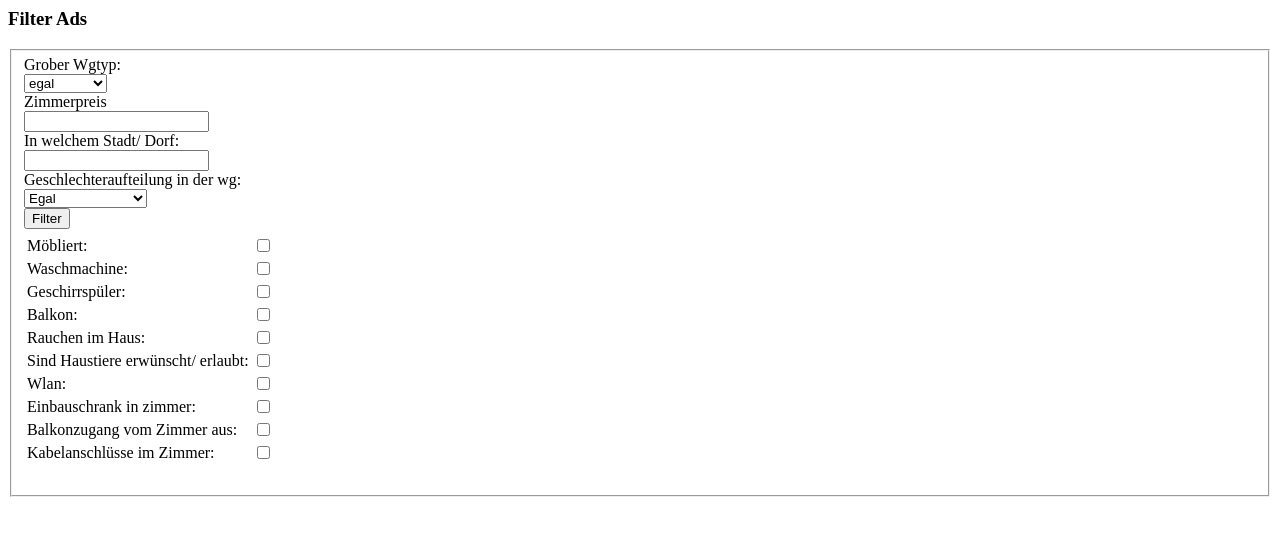
Repository: ese-unibe-ch/ese2014-team2
Page: http://localhost/Skeleton/pages/template/filter.jsp
An editor plug-in stored every save of this project. The page is shown before and after the next save, followed by the edit.
The browser window is 1280 px wide. The pictures show the whole page.
The page is served by Tomcat 9. Nobody is signed in. The application's start-up code is not run. Other server files are loaded and not shown. The template is opened directly, without the code that normally fills it, so the values that code supplies are empty.

Above is the page before, as saved 2014-10-30 16:40:37.

### Skeleton/src/main/webapp/pages/template/filter.jsp
<%@ page language="java" pageEncoding="UTF-8" contentType="text/html;charset=utf-8" %>
<%@ taglib prefix="c" uri="http://java.sun.com/jsp/jstl/core" %>
<%@ taglib prefix="form" uri="http://www.springframework.org/tags/form" %>
<%@ taglib prefix="spring" uri="http://www.springframework.org/tags" %>

<div class="main">
	<div class="col-sm-12">
    	<div class="panel panel-default">
        	<div class="panel-heading">
            	<h3 class="panel-title">Filter Ads</h3>
            </div>
            <div class="panel-body">
              <form:form method="post" modelAttribute="filterForm" action="filterAds" id="filterForm" cssClass="form-horizontal" autocomplete="off" enctype="multipart/form-data">
		<fieldset>
			<table>
				<tr>
					<td></td>
					<td></td>
				</tr>

				<tr>
					<td>
						<label class="control-label" for="field-furnished">Möbliert:</label>
					</td>
					<td><div class="controls">
							<form:checkbox	path="furnished" id="field-furnished" tabindex="1" />
						</div>
					</td>
				</tr>

				<tr>
					<td>
						<label class="control-label" for="field-Laundry">Waschmachine:</label>
					</td>
					<td>
						<div class="controls">
							<form:checkbox	path="hasLaundry" id="field-Laundry" tabindex="2" />
						</div>
					</td>
				</tr>

				<tr>
					<td>
						<label class="control-label" for="field-Dishwasher">Geschirrspüler:</label>
					</td>
					<td>
						<div class="controls">
							<form:checkbox	path="hasDishwasher" id="field-Dishwasher" tabindex="3" />
						</div>
					</td>
				</tr>

				<tr>
					<td>
						<label class="control-label" for="field-Balcony">Balkon:</label>
					</td>
					<td>
						<div class="controls">
							<form:checkbox	path="hasBalcony" id="field-Balcony" tabindex="4" />
						</div>
					</td>
				</tr>

				<tr>
					<td>
						<label class="control-label" for="field-smokingInside">Rauchen im Haus:</label>
					</td>
					<td>
						<div class="controls">
							<form:checkbox	path="smokingInside" id="field-smokingInside" tabindex="5" />
						</div>
					</td>
				</tr>

				<tr>
					<td>
						<label class="control-label" for="field-pets">Sind Haustiere erwünscht/ erlaubt:</label>
					</td>
					<td>
						<div class="controls">
							<form:checkbox	path="hasPets" id="field-pets" tabindex="6" />
						</div>
					</td>
				</tr>

				<tr>
					<td>
						<label class="control-label" for="field-wlan">Wlan:</label>
					</td>
					<td>
						<div class="controls">
							<form:checkbox	path="wlan" id="field-wlan" tabindex="7" />
						</div>
					</td>
				</tr>

				<tr>
					<td>
						<label class="control-label" for="field-closet">Einbauschrank in zimmer:</label>
					</td>
					<td>
						<div class="controls">
							<form:checkbox	path="hasBuiltInCloset" id="field-closet" tabindex="8" />
						</div>
					</td>
				</tr>

				<tr>
					<td>
						<label class="control-label" for="field-isToBalcony">Balkonzugang vom Zimmer aus:</label>
					</td>
					<td>
						<div class="controls">
							<form:checkbox	path="toBalcony" id="field-isToBalcony" tabindex="9" />
						</div>
					</td>
				</tr>

				<tr>
					<td>
						<label class="control-label" for="field-Cables">Kabelanschlüsse im Zimmer:</label>
					</td>
					<td>
						<div class="controls">
							<form:checkbox	path="hasCables" id="field-Cables" tabindex="10" />
						</div>
					</td>
				</tr>

				<tr>
					<td></td>
					<td></td>
				</tr>

				<tr>
					<td></td>
					<td></td>
				</tr>

				<tr>
					<td></td>
					<td></td>
				</tr>

				<tr>
					<td></td>
					<td></td>
				</tr>

				<tr>
					<td></td>
					<td></td>
				</tr>









						<label class="control-label" for="field-wgType">Grober Wgtyp:</label>
						<div class="controls">
							<form:select path="wgType" id="field-wgType"
								tabindex="7">
								<option value="undef">egal</option>
								<option value="wild">eher wild</option>
								<option value="calm">eher ruhig</option>


							</form:select>
						</div>


						<label class="control-label" for="field-roomPrice">Zimmerpreis</label>
						<div class="controls">
						<form:input path="roomPrice" id="field-roomPrice" tabindex="11"
					maxlength="10" />
					 	</div>



						<label class="control-label" for="field-city">In welchem Stadt/ Dorf:</label>
						<div class="controls">
						<form:input path="city" id="field-city" tabindex="12"
					maxlength="10" />
						</div>

						<label class="control-label" for="field-wgGender">Geschlechteraufteilung in der wg: </label>

						<div class="controls">
							<form:select path="wgGender" id="field-wgGender"
								tabindex="13">
								<option value="dontcare"> Egal</option>
								<option value="female">Reine Frauenwg</option>
								<option value="male">Reine Männerwg</option>


							</form:select>
						</div>
					 		<button type="submit" class="btnpink">Filter</button>
						</div>
			</table>
		</fieldset>
		</form:form>
            </div>
          </div>





</div>

After the next save:
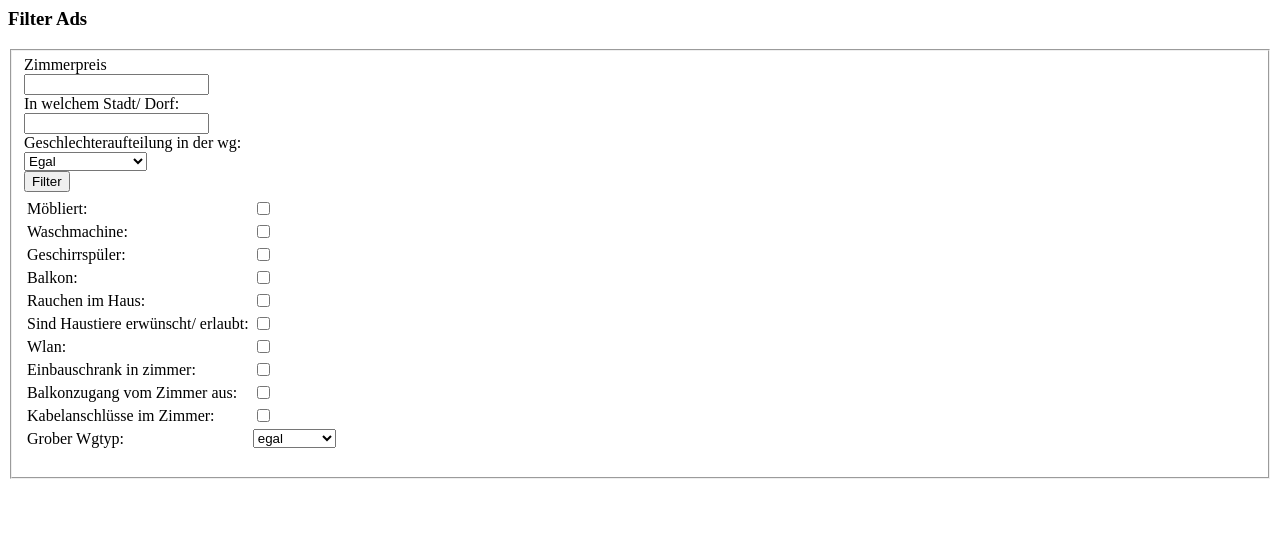
Saved 41 s later.
--- a/Skeleton/src/main/webapp/pages/template/filter.jsp
+++ b/Skeleton/src/main/webapp/pages/template/filter.jsp
@@ -128,49 +128,51 @@
 				</tr>
 
 				<tr>
-					<td></td>
-					<td></td>
-				</tr>
-
-				<tr>
-					<td></td>
-					<td></td>
-				</tr>
-
-				<tr>
-					<td></td>
-					<td></td>
-				</tr>
-
-				<tr>
-					<td></td>
-					<td></td>
-				</tr>
-
-				<tr>
-					<td></td>
-					<td></td>
-				</tr>
-
-
-
-
-
-
-
-
-
+					<td>
 						<label class="control-label" for="field-wgType">Grober Wgtyp:</label>
+					</td>
+					<td>
 						<div class="controls">
 							<form:select path="wgType" id="field-wgType"
 								tabindex="7">
 								<option value="undef">egal</option>
 								<option value="wild">eher wild</option>
 								<option value="calm">eher ruhig</option>
-
-
 							</form:select>
 						</div>
+					</td>
+				</tr>
+
+				<tr>
+					<td></td>
+					<td></td>
+				</tr>
+
+				<tr>
+					<td></td>
+					<td></td>
+				</tr>
+
+				<tr>
+					<td></td>
+					<td></td>
+				</tr>
+
+				<tr>
+					<td></td>
+					<td></td>
+				</tr>
+
+
+
+
+
+
+
+
+
+
+
 
 
 						<label class="control-label" for="field-roomPrice">Zimmerpreis</label>
